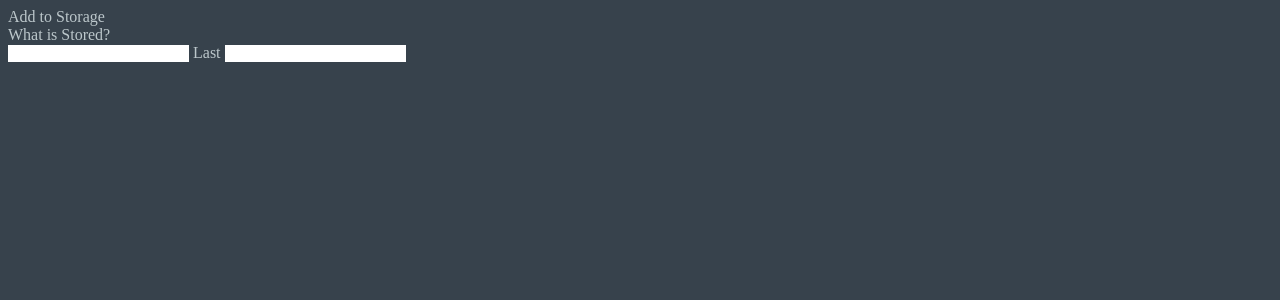
Repository: randy918/json-ajax-u-415
Page: index.html
The author's editor kept a copy of each file at every save. The page is drawn from the files as they stood at one save, then again after a run of saves.
The browser window is 1280 px wide. The pictures show the whole page.

Above is the page before, as saved 2023-04-16 17:56:26.
Console error: ReferenceError: addToStorage is not defined

### index.html
<!DOCTYPE html>
<html lang="en">

    <head>
        <meta charset="UTF-8">
        <meta http-equiv="X-UA-Compatible" content="IE=edge">
        <meta name="viewport" content="width=device-width, initial-scale=1.0">
        <link rel="stylesheet" href="css/main.css" <script
            src="https://ajax.googleapis.com/ajax/libs/jquery/3.6.3/jquery.min.js" defer>

        <title>json 4-16-23-0858</title>
    </head>

    <body>
<div id="addButton">Add to Storage</div>
<div id="seeButton">What is Stored?</div>
<input type = "text" id = "firstName">
Last <input type = "text" id = "lastName">
        <div class="container">

        </div>
<br>

        <script src="js/myfunctions.js"></script>
        <script src="js/index.js"></script>

    </body>

</html>

<!-- ca1f26ba6eb2ba4fb641257b39d3bea7 -->

### css/main.css
* {
  box-sizing: border-box;
  border: none;
}

body {
  color: rgb(188, 199, 203);
  background: rgb(55, 66, 76);
}

#inputValue {
  width: 40vw;
  font-size: 2vw;
  outline: none;
}

#search {
  color: beige;
  background-color: rgb(43, 50, 56);
  outline: none;
  font-size: 2vw;
}/*# sourceMappingURL=main.css.map */

### js/myfunctions.js
//todo   function a(toAlert)
//todo   function c(toConsole)
//todo   function cr(toConsole)
//todo   function r(min, max)  Random integers, can be just 'max'
//todo   function getTime()--works! it is 72519.1414 format
//todo   function getCompleteDate()
//todo   function getMinute()
//todo   function getHour()
//todo   function getHour00()
//todo   function get24Hour()
//todo   function get24Hour00()
//todo   function getDay()
//todo   function getDay00()
//todo   function getMonth()
//todo   function getMonth00()
//todo   function getYear()
//todo   function getYear00()
//todo   function t()    eternal timestamp long number
//todo   function placeText(myIdClass, text)   unsure if it works?
//todo   function placeText2(myIdClass, text)   unsure if it works?
//todo   function getText(myIdClass)....brings whole line incl. tags
//todo   function getInnerText(myIdClass)
//todo   function getOuterText(myIdClass)
//todo   function addClass(myIdClass, newClass)
//todo   function removeClass(myIdClass, removeClass)
//todo   function changeBackgroundColor(myIdClass, color)
//todo   function changeTypeColor(myIdClass, color)
//todo   function changeTypeSize(myIdClass, size)
//todo   function addCSSText(myIdClass, text)

function a(toAlert) {
  alert(toAlert);
}

function c(toConsole) {
  console.log(toConsole);
}
function cw(toConsole) {
  console.warn(toConsole);
}
function ce(toConsole) {
  console.error(toConsole);
}

function cr(toConsole) {
  var styles = [
    // 'font-size: 30px',
    "color: red",
  ].join(";");
  console.log(`%c` + toConsole, styles);
}

function r(min, max) {
  // 2.0, accepts single value for 1-x
  if (max === undefined) {
    max = min;
    min = 1;
  }
  const randomNumber = min - 1 + Math.ceil(Math.random() * (max + 1 - min));
  return randomNumber;
}
// may not be a real function
function getTime() {
  var today = new Date();
  var codeMonth = today.getMonth() + 1;
  var codeDay = today.getDate();
  if (codeDay < 10) {
    codeDay = "0" + codeDay;
  }
  var codeMinute = today.getMinutes();
  var codeHour = today.getHours();
  if (codeMinute < 10) {
    codeMinute = "0" + codeMinute;
  }
  if (codeHour < 10) {
    codeHour = "0" + codeHour;
  }
  var codeYear = today.getFullYear() - 2000;
  var dateTime =
    codeMonth + "" + codeDay + "" + codeYear + "." + codeHour + "" + codeMinute;
  // document.getElementById(`timeStamp`).innerHTML = dateTime;
  t = setTimeout(function () {
    getTime();
  }, 30000);
  return dateTime;
}

function getCompleteDate() {
  const today = new Date();
  return today;
}

function getMinute() {
  const today = new Date();
  const codeMinute = today.getMinutes();
  if (codeMinute < 10) {
    codeMinute = "0" + codeMinute;
  }
  return codeMinute;
}

function getMinute00() {
  const today = new Date();
  let codeMinute = today.getMinutes();
  if (codeMinute < 10) {
    codeMinute = "0" + codeMinute;
  }
  return codeMinute;
}

function getHour() {
  const today = new Date();
  let codeHour = today.getHours();
  if (codeHour > 12) {
    codeHour = codeHour - 12;
  }
  return codeHour;
}

function getAmPm() {
  let amPm = "am";
  const today = new Date();
  let codeHour = today.getHours();
  if (codeHour > 12) {
    amPm = "pm";
  }
  return amPm;
}

function getHour00() {
  const today = new Date();
  const codeHour = today.getHours();
  if (codeHour > 12) {
    codeHour = codeHour - 12;
  }
  if (codeHour < 10) {
    codeHour = "0" + codeHour;
  }
  return codeHour;
}

function get24Hour() {
  const today = new Date();
  const codeHour = today.getHours();
  return codeHour;
}

function get24Hour00() {
  const today = new Date();
  const codeHour = today.getHours();
  if (codeHour < 10) {
    codeHour = "0" + codeHour;
  }
  return codeHour;
}

function getDayVerbal() {
  const today = new Date();
  const codeDay = today.getDay() + 1;
  return theDay[codeDay];
}

function getDay00() {
  const today = new Date();
  const codeDay = today.getDate();
  if (codeDay < 10) {
    codeDay = "0" + codeDay;
  }
  return codeDay;
}

function getDay() {
  const today = new Date();
  const codeDay = today.getDate();
  return codeDay;
}

function getMonthVerbal() {
  const today = new Date();
  const codeMonth = today.getMonth() + 1;
  return theMonth[codeMonth];
}

function getMonth00() {
  const today = new Date();
  const codeMonth = today.getMonth() + 1;
  if (codeMonth < 10) {
    codeMonth = "0" + codeMonth;
  }
  return codeMonth;
}

function getMonth() {
  const today = new Date();
  const codeMonth = today.getMonth() + 1;
  return codeMonth;
}

function getYear00() {
  const today = new Date();
  const codeYear = today.getYear() - 100;
  if (codeYear < 10) {
    codeMYear = "0" + codeYear;
  }
  return codeYear;
}

function getYear() {
  const today = new Date();
  const codeYear = today.getYear() + 1900;
  return codeYear;
}

function t() {
  const now = new Date();
  eventTimestamp = now.getTime();
  // c(eventTimestamp);
  return eventTimestamp;
}
//    !  72419.1659 DOM MANIPULATION
//!
//!  placeText   element name, and text to put there--runs loosely?

function placeText(myIdClass, text) {
  const myElement = document.querySelector(myIdClass);
  myElement.innerText = text;
}
//    the function is longer than the original
// $(myIdClass).text(text)   <---works
function placeText2(myIdClass, text) {
  $(myIdClass).text(text);
}
function getText(myIdClass) {
  return document.querySelector(myIdClass);
}

function getInnerText(myIdClass) {
  return document.querySelector(myIdClass).innerHTML;
}

function getOuterText(myIdClass) {
  return document.querySelector(myIdClass).outerHTML;
}

function addClass(myIdClass, newClass) {
  document.querySelector(myIdClass).classList.add(newClass);
}

function removeClass(myIdClass, removeClass) {
  document.querySelector(myIdClass).classList.remove(removeClass);
}
// not sure what this one is for now
function containsClass(myIdClass, containsClass) {
  document.querySelector(myIdClass).classList.contains(containsClass);
}
// above, can switch and toggle  also  mmtuts YOUTUBE 29-31 USING JAVASCRIPT
function changeBackgroundColor(myId, color) {
  document.getElementById(myId).style.background = color;

  // document.querySelector(myIdClass).style.backgroundColor = color;
}

function changeTypeColor(myIdClass, color) {
  document.querySelector(myIdClass).style.color = color;
}

function changeTypeSize(myIdClass, size) {
  document.querySelector(myIdClass).style.fontSize = size;
}

function addCSSText(myIdClass, text) {
  document.querySelector(myIdClass).style.cssText = text;
}

//!  72519.1714    Common Basic VARIABLE ARRAYS
var theDay = new Array(
  "Zero",
  "Sunday",
  "Monday",
  "Tuesday",
  "Wednesday",
  "Thursday",
  "Friday",
  "Saturday"
);
var theDayMin3 = new Array(
  "Zero",
  "Sun.",
  "Mon.",
  "Tues.",
  "Wed.",
  "Thurs.",
  "Fri.",
  "Sat."
);
var theDayMin2 = new Array("Zero", "S", "M", "Tu", "W", "Th", "F", "S");
var theDayMin1 = new Array("Zero", "S", "M", "T", "W", "T", "F", "S");
var theMonth = new Array(
  "Zero",
  "January",
  "February",
  "March",
  "April",
  "May",
  "June",
  "July",
  "August",
  "September",
  "October",
  "November",
  "December"
);
var theMonthMin = new Array(
  "Zero",
  "Jan.",
  "Feb.",
  "Mar.",
  "Apr.",
  "May",
  "June",
  "July",
  "Aug.",
  "Sept.",
  "Oct.",
  "Nov.",
  "Dec."
);

function showDateTimeFormat() {
  const today = new Date();
  const formattedDate = new Intl.DateTimeFormat("en-US").format(today);
  const consoleFunctioningMessage = `
Console functioning: ${getDayVerbal()}, ${getMonthVerbal()} ${getDay()} at ${getHour()}:${getMinute00()}${getAmPm()}
  `;
  return consoleFunctioningMessage;
}
showDateTimeFormat();

console.log(`%c${showDateTimeFormat()}`, "font-size: 20px; color: gray");

//console.log("%cThis is a default font style", "color: blue; font-size: 20px");

### js/index.js
//!  121822.0830        VARIABLES

//!  121822.0826        FUNCTIONS

const init = function () {
	main();
};

window.onload = function () {
	init();
};

//!  123122.1839        MAIN

const main = function () {

	//!  10123.1609  variables

	const myJson = {
		name: "Randy",
		age: "64",
		hobby: "coding",
	};
    const myJsonStringified = JSON.stringify(myJson);
    const myJsonParsed = JSON.parse(myJsonStringified);


	//!  10123.1609 Event Listeners

	document
		.getElementById("addButton")
		.addEventListener("click", addToStorage);
	document
		.getElementById("seeButton")
		.addEventListener("click", viewStorage);

	//!  10123.1609 functions

	function addToLocalStorage(str) {
		const tempValue = document.getElementById("firstName").value;
        localStorage.setItem('tester', tempValue)
        c('clicked '+tempValue);
	}

	function receiveFromLocalStorage() {
        const tempHolder = localStorage.getItem('tester');
        c(tempHolder);
	}

    function stringifyToLocalStorage(str) {
return


    }

	//!  10123.161 0  MAIN
};
//!  123122.1839  END

After the next 4 saves:
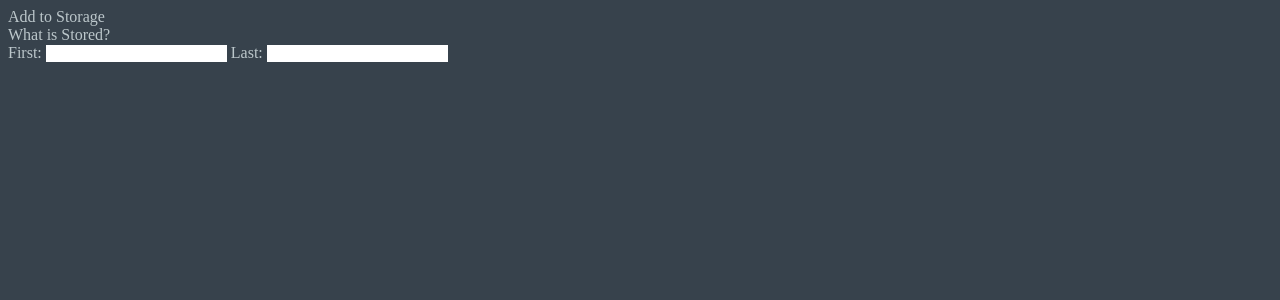
The 4 saves are shown as one change because they came seconds apart.
The last was saved 11 s later.
--- a/index.html
+++ b/index.html
@@ -14,8 +14,8 @@
     <body>
 <div id="addButton">Add to Storage</div>
 <div id="seeButton">What is Stored?</div>
-<input type = "text" id = "firstName">
-Last <input type = "text" id = "lastName">
+First: <input type = "text" id = "firstName">
+Last: <input type = "text" id = "lastName">
         <div class="container">
 
         </div>
